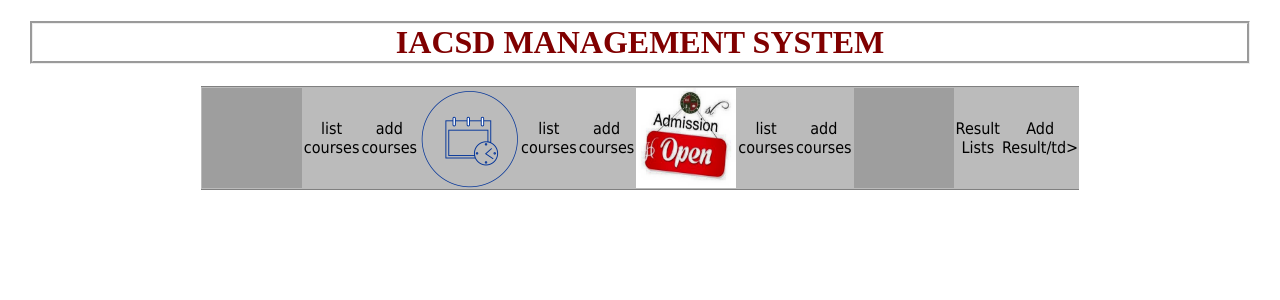
Repository: vsc8791/IMS
Page: http://localhost/web-customer-tracker/
These files come from the project's save history. The page is drawn as it stood at one moment and after the next save; the edit follows.
The browser window is 1280 px wide. The pictures show the whole page.
Pictures or frames that could not be fetched are drawn as grey boxes. The page is served by Tomcat 9. Other server files are loaded and not shown.

Above is the page before, as saved 2018-07-29 08:37:49.

### web-customer-tracker/WebContent/index.jsp
<%@ page language="java" contentType="text/html; charset=ISO-8859-1"
	pageEncoding="ISO-8859-1"%>
<!DOCTYPE html PUBLIC "-//W3C//DTD HTML 4.01 Transitional//EN" "http://www.w3.org/TR/html4/loose.dtd">
<html>
<head>
<meta http-equiv="Content-Type" content="text/html; charset=ISO-8859-1">

<!-- reference our style sheet -->

<link type="text/css" rel="stylesheet"
	href="${pageContext.request.contextPath}/resources/css/style.css" />
<title>Welcome-Page</title>
</head>
<body>

	<%-- <a href="http://localhost:8082/web-customer-tracker/customer/list">List Course</a><br>
<a href="http://localhost:8082/web-customer-tracker/customer/showFormForAdd">Add Courses</a><br>
<a href="http://localhost:8082/web-customer-tracker/student/list">GET LIST OF STUDENTS</a><br>
<a href="http://localhost:8082/web-customer-tracker/student/register">Register New Student</a><br>
<a href="http://localhost:8082/web-customer-tracker/faculty/list">GET LIST OF Faculty</a><br>
<a href="http://localhost:8082/web-customer-tracker/faculty/register">Register New Faculty</a><br>
<a href="http://localhost:8082/web-customer-tracker/schedule/list">GET LIST OF schedule</a><br>
<a href="http://localhost:8082/web-customer-tracker/schedule/showFormForAdd">Set Schedule</a><br>
<a href="http://localhost:8082/web-customer-tracker/result/list">Results</a><br>
<a href="http://localhost:8082/web-customer-tracker/result/showFormForAdd">add result</a><br>
<a href="http://localhost:8082/web-customer-tracker/batch/list">Batch Details</a><br>
<a href="http://localhost:8082/web-customer-tracker/batch/showFormForAdd">Add New Batch</a><br>

<img src="${pageContext.request.contextPath}/images/courses.jpg" /> --%>
	<h1 align="center"
		style="font-family: cursive; font-size: xx-large;; color: maroon; border: groove;">IACSD
		MANAGEMENT SYSTEM</h1>
	<%-- <img src="${pageContext.request.contextPath}/images/courses.jpg" /> --%>

	<table align="center">
		<tr>
			<td><img
				src="${pageContext.request.contextPath}/images/courses.jpg" height="100px" width="100px"/></td>
			<td>list courses</td>
			<td>add courses</td>
			<td><img
				src="${pageContext.request.contextPath}/images/schedule.png" height="100px" width="100px" /></td>
			<td>list courses</td>
			<td>add courses</td>
			<td><img
				src="${pageContext.request.contextPath}/images/batch.jpg" height="100px" width="100px"/></td>
			<td>list courses</td>
			<td>add courses</td>
			<td><img
				src="${pageContext.request.contextPath}/images/result.png" height="100px" width="100px"/></td>
			<td>Result Lists</td>
			<td>Add Result/td>

	</table>


</body>
</html>

<%-- <% response.sendRedirect("customer/list"); %> --%>

### web-customer-tracker/WebContent/resources/css/style.css
html, body{
	margin-left:15px; margin-right:15px;
	padding:0px;
	font-family:Verdana, Arial, Helvetica, sans-serif;
}

table {
	border-collapse:collapse;
	border-bottom:1px solid gray;
	font-family: Tahoma,Verdana,Segoe,sans-serif;
	width:72%;
}

th {
	border-bottom:1px solid gray;
	background:none repeat scroll 0 0 #09c332;
	padding:10px;
	color: #FFFFFF;
}

tr {
	border-top:1px solid gray;
	text-align:center;
}

tr:nth-child(even) {background: #FFFFFF}
tr:nth-child(odd) {background: #BBBBBB}

#wrapper {width: 100%; margin-top: 0px; }
#header {width: 70%; background:#09c332; margin-top: 0px; padding:15px 0px 15px 15px;}
#header h2 {width: 100%; margin:auto; color: #FFFFFF;}
#container {width: 100%; margin:auto}
#container h3 {color: #000;}
#container #content {margin-top: 20px;}

.add-button {
	border: 1px solid #666;
	border-radius: 5px;
	padding: 4px;
	font-size: 12px;
	font-weight: bold;
	width: 120px;
	padding: 5px 10px;

	margin-bottom: 15px;
	background: #cccccc;
}

After the next save:
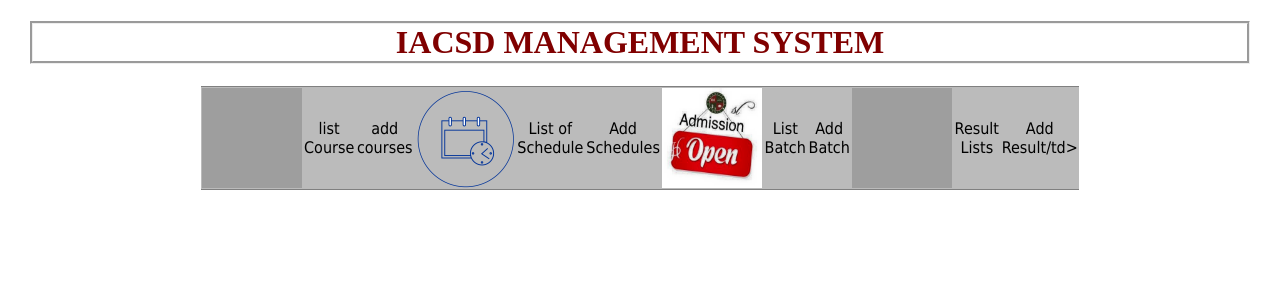
Saved 83 s later.
--- a/web-customer-tracker/WebContent/index.jsp
+++ b/web-customer-tracker/WebContent/index.jsp
@@ -36,16 +36,16 @@
 		<tr>
 			<td><img
 				src="${pageContext.request.contextPath}/images/courses.jpg" height="100px" width="100px"/></td>
-			<td>list courses</td>
+			<td>list Course</td>
 			<td>add courses</td>
 			<td><img
 				src="${pageContext.request.contextPath}/images/schedule.png" height="100px" width="100px" /></td>
-			<td>list courses</td>
-			<td>add courses</td>
+			<td>List of Schedule</td>
+			<td>Add Schedules</td>
 			<td><img
 				src="${pageContext.request.contextPath}/images/batch.jpg" height="100px" width="100px"/></td>
-			<td>list courses</td>
-			<td>add courses</td>
+			<td>List Batch</td>
+			<td>Add Batch</td>
 			<td><img
 				src="${pageContext.request.contextPath}/images/result.png" height="100px" width="100px"/></td>
 			<td>Result Lists</td>
